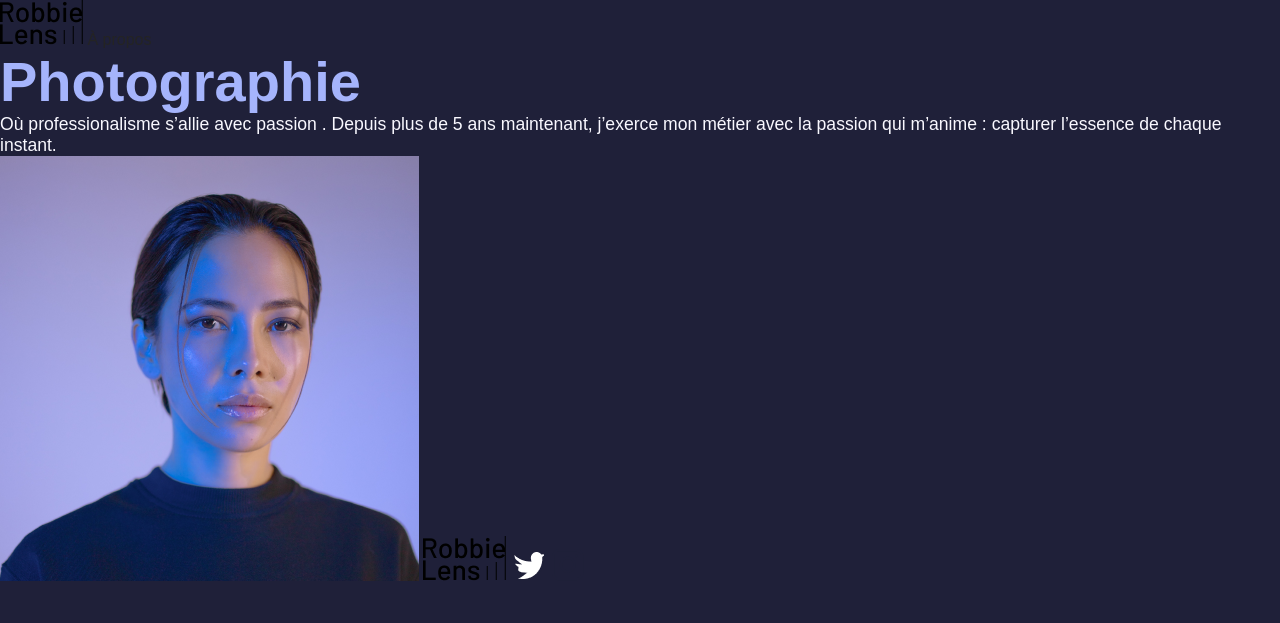
Repository: Coumba25040/coumbaProjet
Page: ExerciceOc/index.html
These files come from the project's save history. The page is drawn as it stood at one moment and after the next save; the edit follows.
The browser window is 1280 px wide. The pictures show the whole page.

Above is the page before, as saved 2024-10-26 17:23:22.

After the next save:
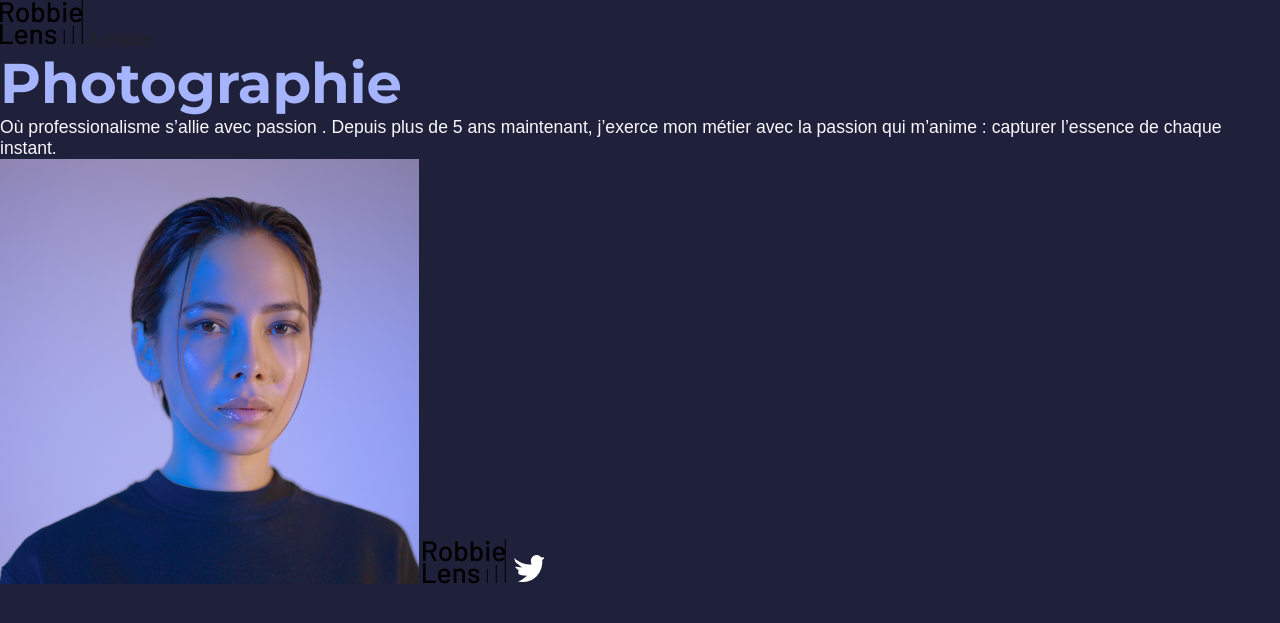
Saved 49 min 26 s later.
--- a/ExerciceOc/index.html
+++ b/ExerciceOc/index.html
@@ -5,6 +5,9 @@
     <meta charset="utf-8">
     <title>Accueil - Robbie Lens Photographie</title>
     <link rel="stylesheet" href="style.css">
+    <link rel="preconnect" href="https://fonts.googleapis.com">
+<link rel="preconnect" href="https://fonts.gstatic.com" crossorigin>
+<link href="https://fonts.googleapis.com/css2?family=Montserrat:ital,wght@0,100..900;1,100..900&display=swap" rel="stylesheet">
 </head>
 
 <body>
